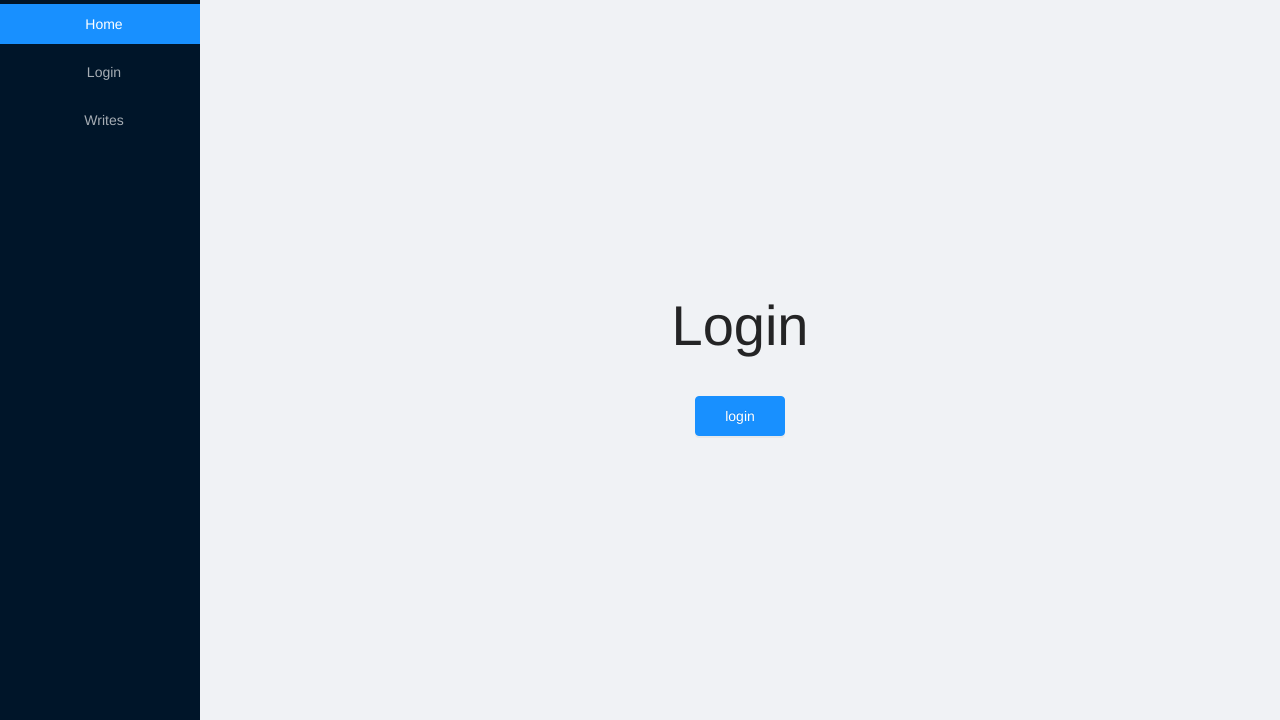
Repository: writesapp/mod
Page: /login
These files come from the project's save history. The page is drawn as it stood at one moment and after the next save; the edit follows.
The browser window is 1280 px wide. The pictures show the whole page.
The project was rebuilt for these pictures with package versions that can differ from the ones it lists, and the page was loaded fresh each time. Also part of the build but not shown: src/views/Home.vue, src/views/Writes.vue.

Above is the page before, as saved 2020-07-09 16:23:55.

### src/main.js
import Antd from 'ant-design-vue';
import Vue from 'vue';
import App from './App.vue';
import './registerServiceWorker';
import router from './router';
import store from './store';
import 'ant-design-vue/dist/antd.css';

Vue.config.productionTip = false;
Vue.use(Antd);

new Vue({
  router,
  store,
  render: (h) => h(App),
}).$mount('#app');

### src/App.vue
<template>
  <div id="app">
    <a-layout id="components-layout-demo-custom-trigger">
    <a-layout-sider v-model="collapsed" :trigger="null" collapsible>
      <div class="logo" />
      <a-menu theme="dark" mode="inline" :default-selected-keys="['1']">
        <a-menu-item key="1">
          <router-link to="/">Home</router-link>
        </a-menu-item>
        <a-menu-item key="2">
          <router-link to="/login">Login</router-link>
        </a-menu-item>
        <a-menu-item key="3">
          <router-link to="/writes">Writes</router-link>
        </a-menu-item>
      </a-menu>
    </a-layout-sider>
    <a-layout>
      <a-layout-content>
        <router-view/>
      </a-layout-content>
    </a-layout>
  </a-layout>
  </div>
</template>

<script>
import { auth } from '@/initFirebase';
import store from '@/store';

export default {
  name: "App",
  mounted() {
    auth.onAuthStateChanged((user) => store.dispatch("fetchUser", user));
  },
};
</script>

<style lang="scss">
#app {
  font-family: Avenir, Helvetica, Arial, sans-serif;
  -webkit-font-smoothing: antialiased;
  -moz-osx-font-smoothing: grayscale;
  text-align: center;
  color: #2c3e50;
}

.ant-layout {
  height: 100vh;
}
</style>

### src/router/index.js
import Vue from 'vue';
import VueRouter from 'vue-router';
import Home from '../views/Home.vue';
import Login from '../views/Login.vue';
import Writes from '../views/Writes.vue';

Vue.use(VueRouter);

const routes = [
  {
    path: '/',
    name: 'Home',
    component: Home,
  },
  {
    path: '/login',
    name: 'Login',
    // route level code-splitting
    // this generates a separate chunk (about.[hash].js) for this route
    // which is lazy-loaded when the route is visited.
    component: Login,
  },
  {
    path: '/writes',
    name: 'Writes',
    component: Writes,
  },
];

const router = new VueRouter({
  mode: 'history',
  base: process.env.BASE_URL,
  routes,
});

export default router;

### src/store/index.js
import Vue from 'vue';
import Vuex from 'vuex';

Vue.use(Vuex);

export default new Vuex.Store({
  state: {
    user: {
      loggedIn: false,
      data: null,
    },
  },
  mutations: {
    setLoggedState(state, value) {
      state.user.loggedIn = value;
    },
    setUser(state, data) {
      state.user.data = data;
    },
  },
  actions: {
    fetchUser({ commit }, user) {
      commit("setLoggedState", user !== null);
      if (user) {
        commit("setUser", {
          displayName: user.displayName,
          email: user.email,
        });
      } else {
        commit("setUser", null);
      }
    },
  },
});

### src/initFirebase.js
import firebase from 'firebase';

const configOptions = {
  apiKey: "AIzaSyBe23vGrWbbtK6cWQflEewoDvTBtKWQEBM",
  authDomain: "test-project-116cf.firebaseapp.com",
  databaseURL: "https://test-project-116cf.firebaseio.com",
  projectId: "test-project-116cf",
  storageBucket: "test-project-116cf.appspot.com",
  messagingSenderId: "507446435196",
  appId: "1:507446435196:web:8a13dc8c60ddcf65e058f9",
  measurementId: "G-H01LY21GK7",
};

firebase.initializeApp(configOptions);

export const auth = firebase.auth();
export const googleProvider = new firebase.auth.GoogleAuthProvider();

### src/views/Login.vue
<template>
  <div class="home">
    <div class="login">
      <h1>Login</h1>
      <a-button type="primary" @click.native="login()">
      login
      </a-button>
    </div>
  </div>
</template>

<script>
import { auth, googleProvider } from '@/initFirebase';
import store from '@/store';

export default {
  name: 'Login',
  methods: {
    login() {
      auth.signInWithPopup(googleProvider)
        .then((result) => {
          store.dispatch("fetchUser", result.user);
          this.$router.push('/');
        })
        .catch((err) => alert(`Something went wrong: ${err.message}`));
    },
  },
};
</script>

<style scoped>
  h1 {
    font-size: 4em;
  }

  button {
    width: 90px;
    height: 40px;
  }

  .login {
    height: 100vh;
    display: flex;
    flex-direction: column;
    align-items: center;
    justify-content: center;
  }
</style>

Loaded but not shown: public/index.html (common file); src/registerServiceWorker.js (common file)

After the next save:
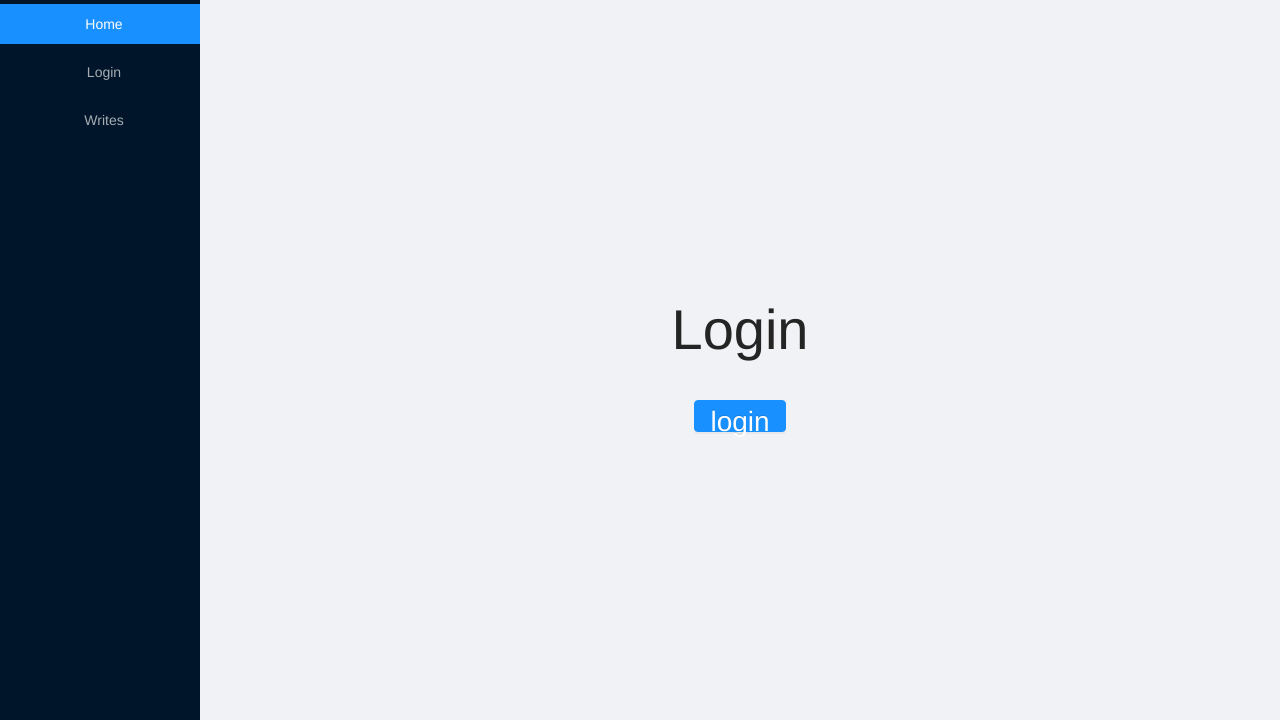
Saved 55 s later.
--- a/src/views/Login.vue
+++ b/src/views/Login.vue
@@ -34,8 +34,7 @@ export default {
   }
 
   button {
-    width: 90px;
-    height: 40px;
+    font-size: 2em;
   }
 
   .login {
